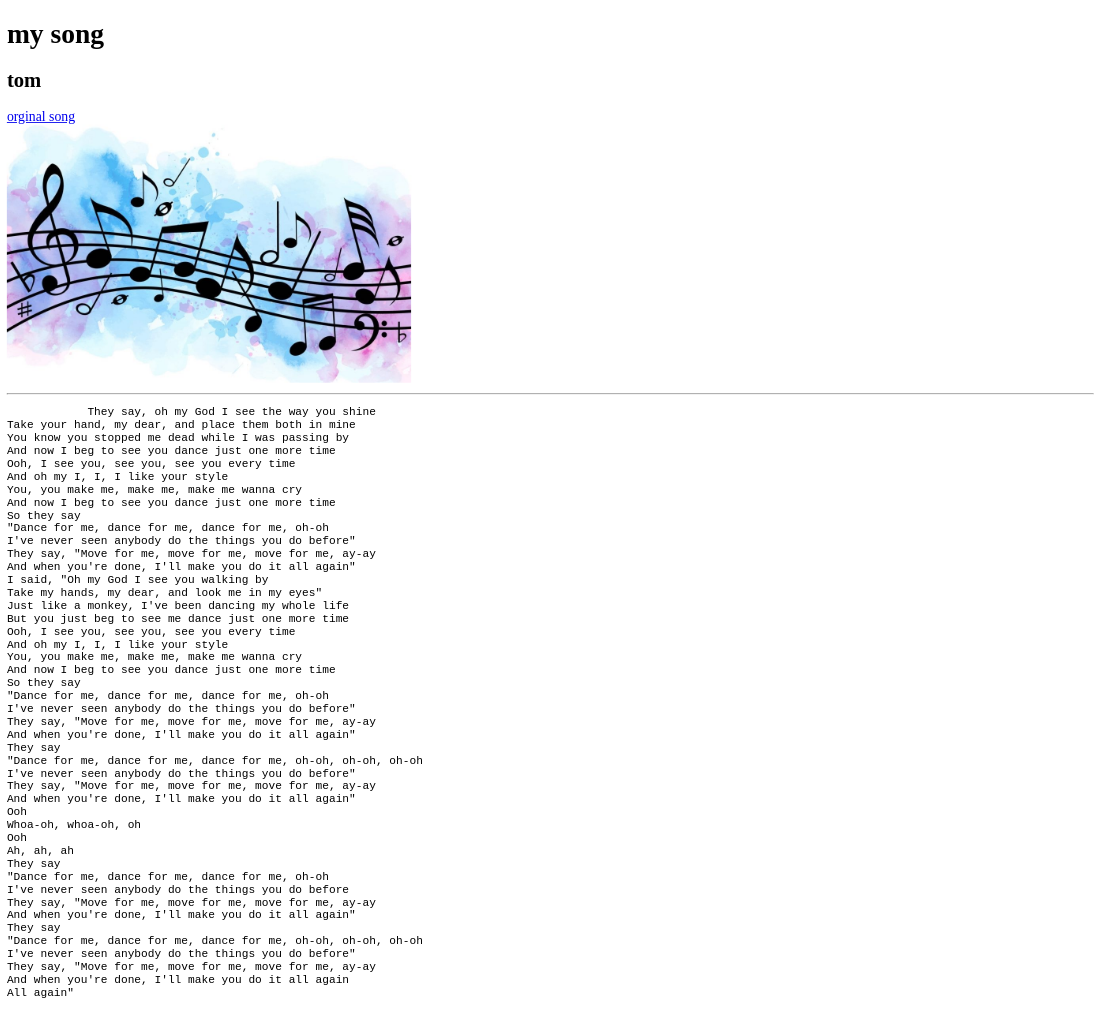
Repository: bao2222/hoc-lam-web
Page: lyric.html
An editor plug-in stored every save of this project. The page is shown before and after the next save, followed by the edit.
The browser window is 1280 px wide. The pictures show the whole page, at 86% of full size.

Above is the page before, as saved 2024-10-30 22:26:37.

### lyric.html
<!DOCTYPE html>
<html>
    <head>
        <title>this my song</title>
    </head>
    <body>
        <h1>my song</h1>
        <h2>tom</h2>
        <a href = "https://www.youtube.com/watch?v=1__CAdTJ5JU">
            orginal song
        </a>

        <br>
        <a href = "https://www.youtube.com/watch?v=1__CAdTJ5JU">
            <img src = "15.jpg"
            alt = "music"
            height = "300">
        </a>

        <br>
        <audio>
            <source src = "Pick Up - Adam MacDougall.mp3">
        </audio>

        <hr>
        <pre>
            They say, oh my God I see the way you shine
Take your hand, my dear, and place them both in mine
You know you stopped me dead while I was passing by
And now I beg to see you dance just one more time
Ooh, I see you, see you, see you every time
And oh my I, I, I like your style
You, you make me, make me, make me wanna cry
And now I beg to see you dance just one more time
So they say
"Dance for me, dance for me, dance for me, oh-oh
I've never seen anybody do the things you do before"
They say, "Move for me, move for me, move for me, ay-ay
And when you're done, I'll make you do it all again"
I said, "Oh my God I see you walking by
Take my hands, my dear, and look me in my eyes"
Just like a monkey, I've been dancing my whole life
But you just beg to see me dance just one more time
Ooh, I see you, see you, see you every time
And oh my I, I, I like your style
You, you make me, make me, make me wanna cry
And now I beg to see you dance just one more time
So they say
"Dance for me, dance for me, dance for me, oh-oh
I've never seen anybody do the things you do before"
They say, "Move for me, move for me, move for me, ay-ay
And when you're done, I'll make you do it all again"
They say
"Dance for me, dance for me, dance for me, oh-oh, oh-oh, oh-oh
I've never seen anybody do the things you do before"
They say, "Move for me, move for me, move for me, ay-ay
And when you're done, I'll make you do it all again"
Ooh
Whoa-oh, whoa-oh, oh
Ooh
Ah, ah, ah
They say
"Dance for me, dance for me, dance for me, oh-oh
I've never seen anybody do the things you do before
They say, "Move for me, move for me, move for me, ay-ay
And when you're done, I'll make you do it all again"
They say
"Dance for me, dance for me, dance for me, oh-oh, oh-oh, oh-oh
I've never seen anybody do the things you do before"
They say, "Move for me, move for me, move for me, ay-ay
And when you're done, I'll make you do it all again
All again"

        </pre>
    </body>
</html>

After the next save:
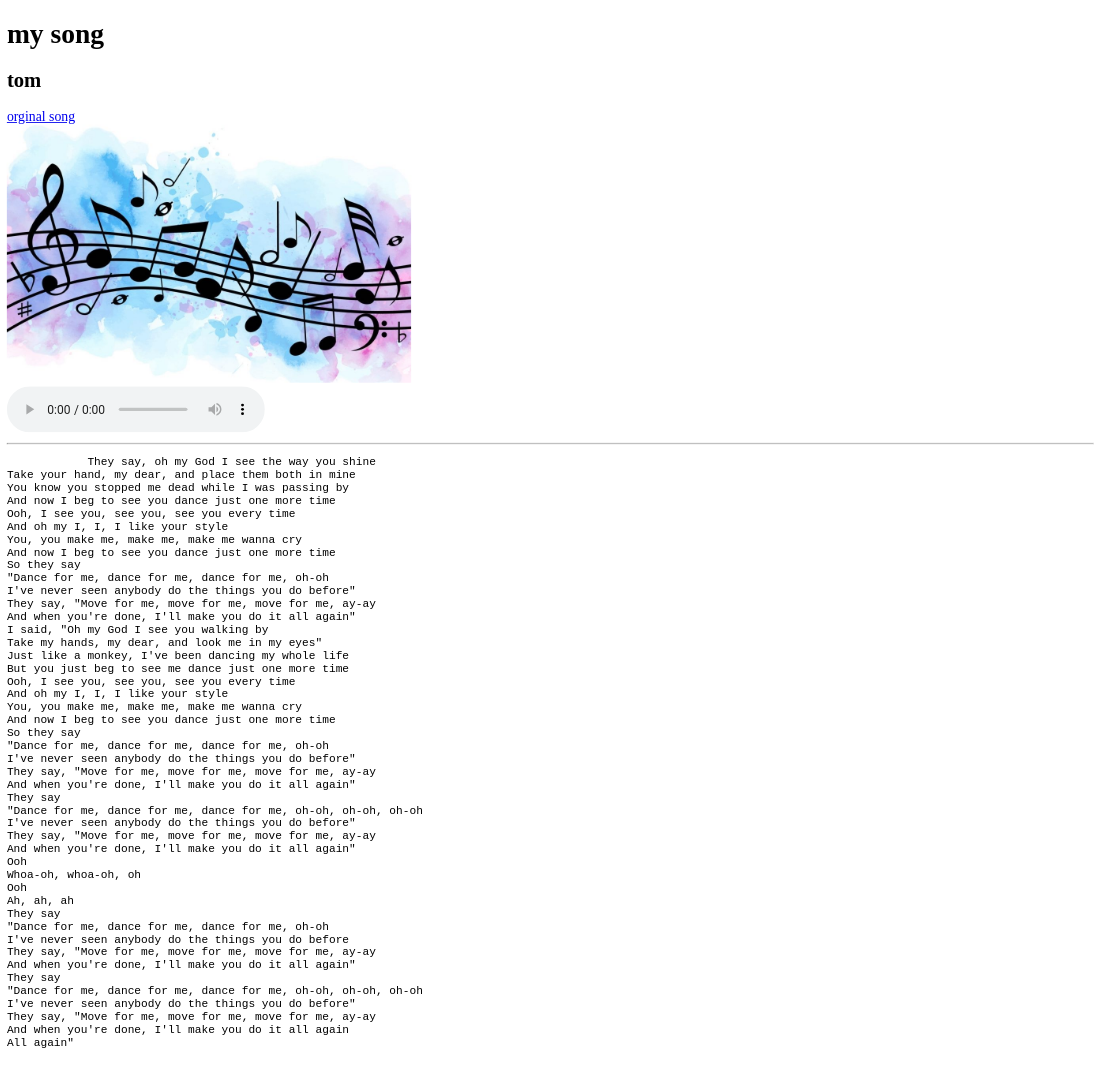
Saved 45 s later.
--- a/lyric.html
+++ b/lyric.html
@@ -18,7 +18,7 @@
         </a>
 
         <br>
-        <audio>
+        <audio controls>
             <source src = "Pick Up - Adam MacDougall.mp3">
         </audio>
 
